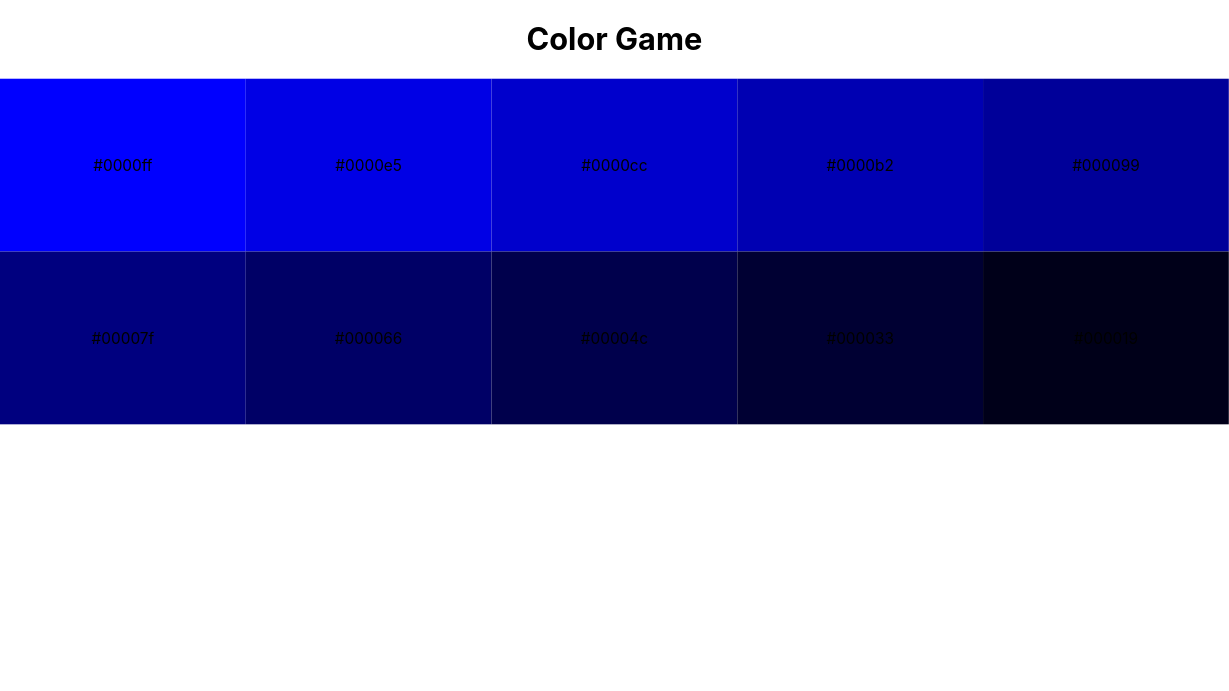
Repository: johnmutina/shades_of_blue
Page: /
An editor plug-in stored every save of this project. The page is shown before and after the next save, followed by the edit.
The browser window is 1280 px wide. The pictures show the whole page, at 96% of full size.
The project was rebuilt for these pictures with package versions that can differ from the ones it lists, and the page was loaded fresh each time.

Above is the page before, as saved 2019-06-22 15:06:19.

### src/App.js
import React from 'react';
import ColorBoxes from './ColorBoxes';
import './App.css';

function App() {
  return (
    <div className="App">
      <ColorBoxes />
    </div>
  );
}

export default App;

### src/ColorBoxes.js
import React, { Component } from 'react';
import ColorBox from './ColorBox';

class ColorBoxes extends Component {
    constructor(props){
        super(props);
        this.state = {

        }
        this.handleClick = this.handleClick.bind(this);
    }

    handleClick() {
        console.log("test");
    }

    render(){
        let colorArr = ["#0000ff",
        "#0000e5",
        "#0000cc",
        "#0000b2",
        "#000099",
        "#00007f",
        "#000066",
        "#00004c",
        "#000033",
        "#000019",]
        // ['#FF6633', '#FFB399', '#FF33FF', '#FFFF99', '#00B3E6', '#E6B333', '#3366E6', '#999966', '#99FF99', '#B34D4D', '#80B300', '#809900', '#E6B3B3', '#6680B3', '#66991A', '#FF99E6', '#CCFF1A', '#FF1A66', '#E6331A', '#33FFCC'];
        // let idx = Math.floor(Math.random() * colorArr.length);
        return (
            <div>
                <h1>Color Game</h1>
                {colorArr.map(el => <ColorBox color={el} allColors={colorArr}/>)}
            </div>
        )
    }
}

export default ColorBoxes;

### src/ColorBox.js
import React, { Component } from 'react';
import './ColorBox.css';

class ColorBox extends Component {
    constructor(props){
        super(props);
        this.state = {
            color: this.props.color
        }
        this.handleClick = this.handleClick.bind(this);
        this.changeColor = this.changeColor.bind(this);
    }

    changeColor() {
        let newColors = this.props.allColors.filter(val => val !== this.props.color)
        let idx = Math.floor(Math.random() * newColors.length);
        this.setState({ color: newColors[idx] });
    }

    handleClick() {
        this.changeColor();
    }

    render(){
        return (
            <div className="ColorBox" style={{backgroundColor: this.state.color}} onClick={this.handleClick}>{this.props.color}</div>
        )
    }
}

export default ColorBox;

### src/ColorBox.css
.ColorBox {
    display: inline-block;
    width: 20%;
    height: 100px;
    padding-top: 80px;
}

Loaded but not shown: public/index.html (common file); src/index.js (common file); src/index.css (common file); src/serviceWorker.js (common file); src/App.css (common file)

After the next save:
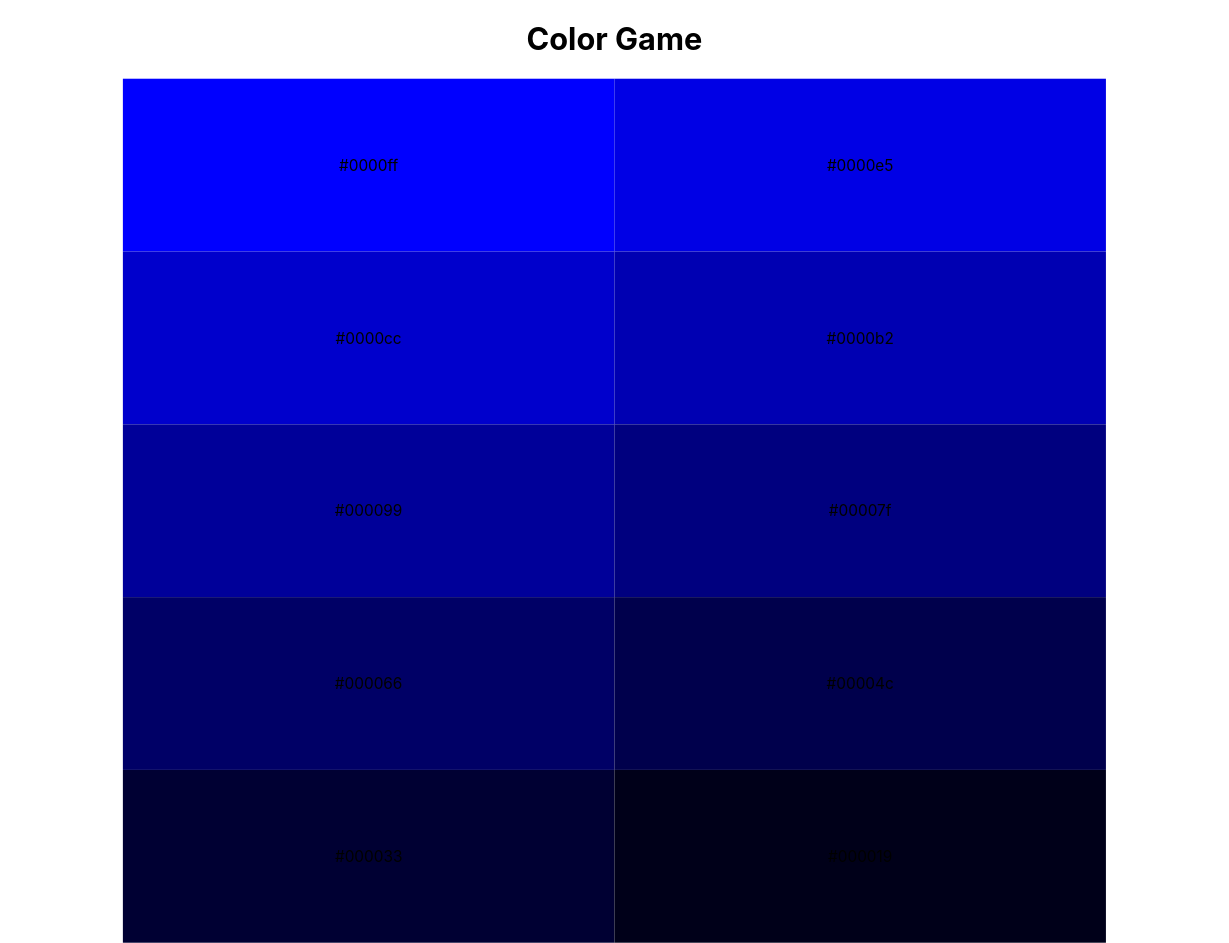
Saved 10 s later.
--- a/src/ColorBox.css
+++ b/src/ColorBox.css
@@ -1,6 +1,6 @@
 .ColorBox {
     display: inline-block;
-    width: 20%;
+    width: 40%;
     height: 100px;
     padding-top: 80px;
 }
